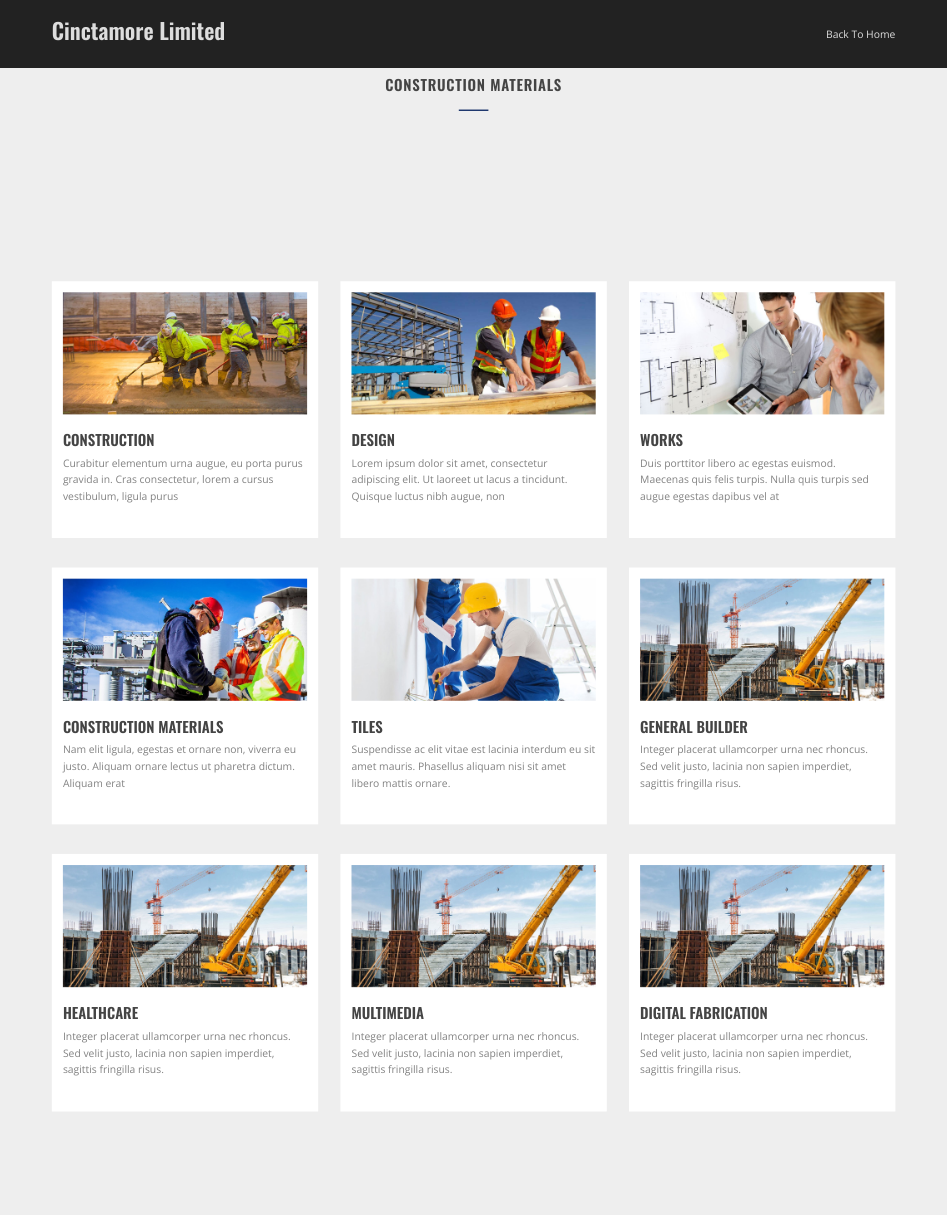
Repository: techieaccl/techieaccl.github.io
Page: construction-materials.html
The author's editor kept a copy of each file at every save. The page is drawn from the files as they stood at one save, then again after the next save.
The browser window is 1280 px wide. The pictures show the whole page, at 74% of full size.
Some web fonts or font styles are not loaded; a fallback is used.

Above is the page before, as saved 2021-09-07 08:59:46.

After the next save:
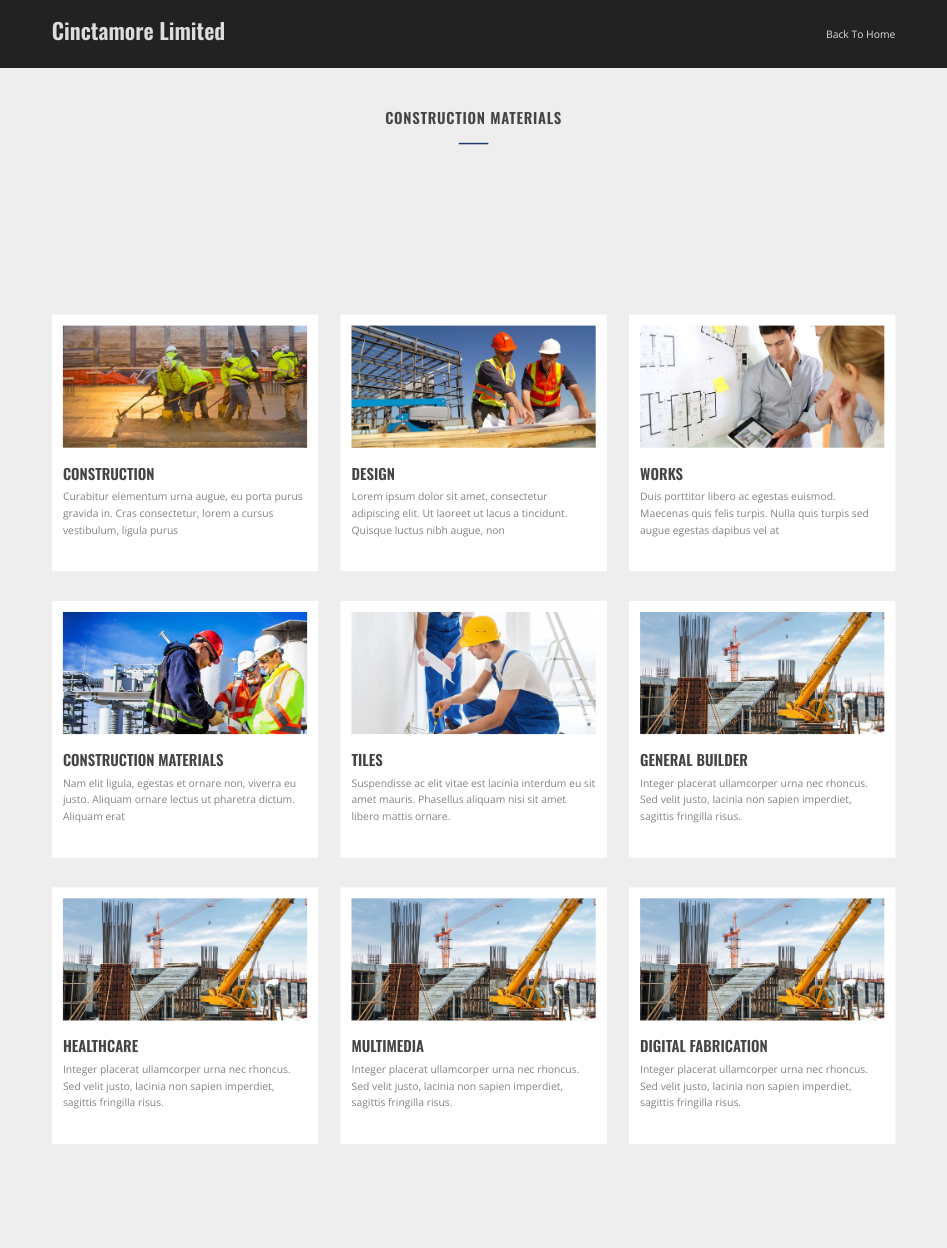
Saved 43 s later.
--- a/construction-materials.html
+++ b/construction-materials.html
@@ -56,6 +56,7 @@
 
 								<!-- sec-title -->
 								<div class="sec-title sec-title__lg-title md-text-center">
+									<br><br>
 									<h2 class="sec-title__title">Construction Materials</h2><span class="sec-title__divider"></span>
 								</div><!-- End / sec-title -->
 
